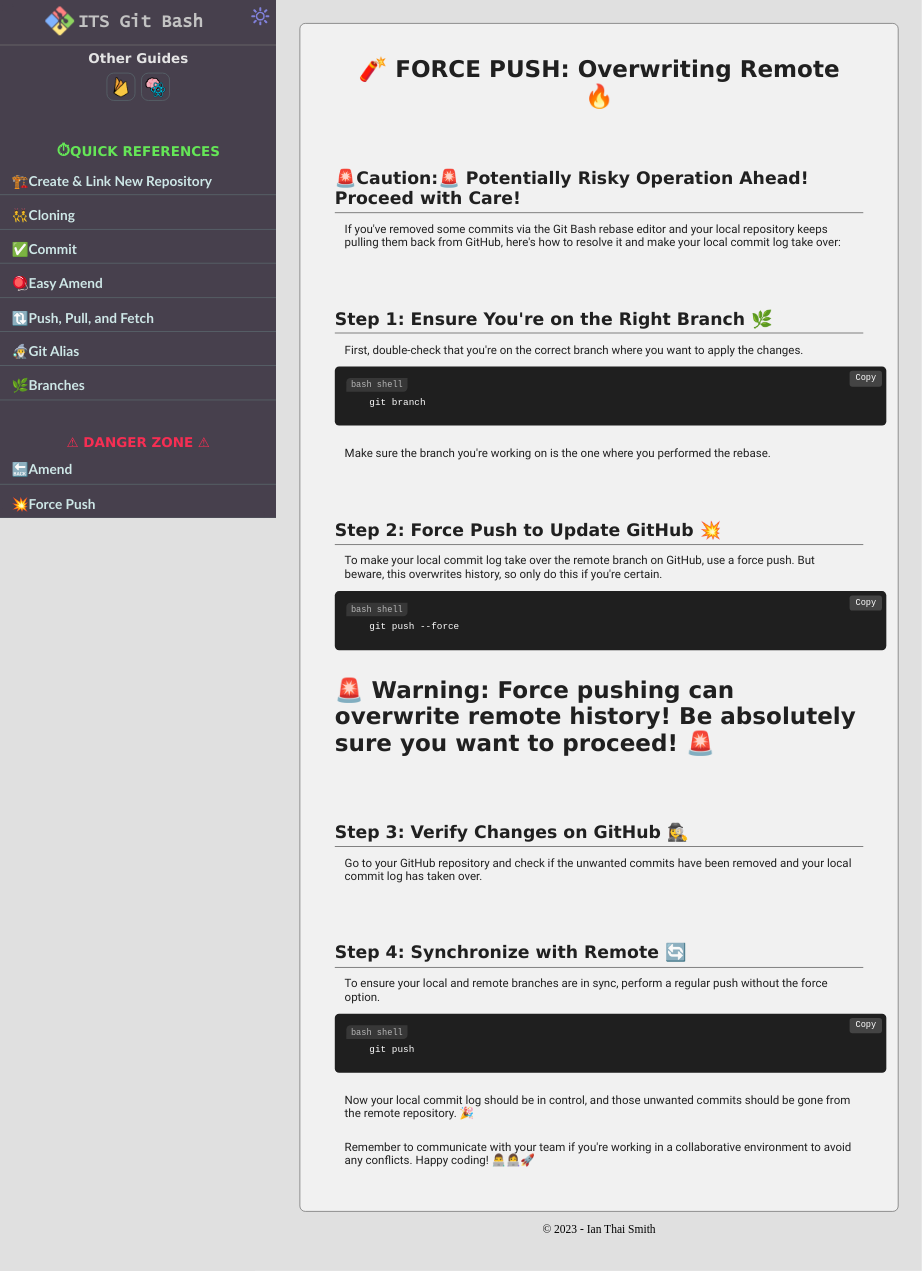
Repository: whyDoILoveThis/project__ITS_Git_Bash
Page: html/💥force-push.html
An editor plug-in stored every save of this project. The page is shown before and after the next save, followed by the edit.
The browser window is 1280 px wide. The pictures show the whole page, at 72% of full size.

Above is the page before, as saved 2025-07-06 07:10:20.

### html/💥force-push.html
<!DOCTYPE html>
<html lang="en">
  <head>
    <meta charset="UTF-8" />
    <meta name="viewport" content="width=device-width, initial-scale=1.0" />
    <link rel="stylesheet" href="/css/normalize.css" />
    <link rel="stylesheet" href="/css/style.css" />
    <title>💥Force Push💥</title>
  </head>
  <body>
    <!--!!!!!-->
    <!--! MAIN-WRAP -->
    <div class="main-wrap">
      <section class="article-wrap">
        <article class="article">
          <h1 class="article__heading">🧨 FORCE PUSH: Overwriting Remote 🔥</h1>

          <h2>
            🚨Caution:🚨 Potentially Risky Operation Ahead! Proceed with Care!
          </h2>

          <p>
            If you've removed some commits via the Git Bash rebase editor and
            your local repository keeps pulling them back from GitHub, here's
            how to resolve it and make your local commit log take over:
          </p>

          <h2>Step 1: Ensure You're on the Right Branch 🌿</h2>

          <p>
            First, double-check that you're on the correct branch where you want
            to apply the changes.
          </p>

          <div class="code"><p>git branch</p></div>

          <p>
            Make sure the branch you're working on is the one where you
            performed the rebase.
          </p>

          <h2>Step 2: Force Push to Update GitHub 💥</h2>

          <p>
            To make your local commit log take over the remote branch on GitHub,
            use a force push. But beware, this overwrites history, so only do
            this if you're certain.
          </p>

          <div class="code"><p>git push --force</p></div>

          <h1>
            🚨 Warning: Force pushing can overwrite remote history! Be
            absolutely sure you want to proceed! 🚨
          </h1>

          <h2>Step 3: Verify Changes on GitHub 🕵️‍♀️</h2>

          <p>
            Go to your GitHub repository and check if the unwanted commits have
            been removed and your local commit log has taken over.
          </p>

          <h2>Step 4: Synchronize with Remote 🔄</h2>

          <p>
            To ensure your local and remote branches are in sync, perform a
            regular push without the force option.
          </p>

          <div class="code"><p>git push</p></div>

          <p>
            Now your local commit log should be in control, and those unwanted
            commits should be gone from the remote repository. 🎉
          </p>

          <p>
            Remember to communicate with your team if you're working in a
            collaborative environment to avoid any conflicts. Happy coding!
            👨‍💻👩‍💻🚀
          </p>
        </article>
      </section>
    </div>
    <!--! MAIN-WRAP -->
    <!--! !!!!!!! -->
    <script src="/JS/dynamic-nav.js"></script>
    <script src="/JS/copy-code-btn.js"></script>
  </body>
</html>

### css/style.css


/*TODO: REFACTOR FOR BETTER ORGANIZATION
        AND REMOVING REDUNDANCIES*/

        :root {
            --size--brightness-toggler: 50px;
        }


.gradient {
    width: 100vw;
    height: 100vh;
    background: rgb(52,30,84);
background: linear-gradient(360deg, rgba(52,30,84,1) 0%, rgba(67,41,166,1) 100%);
}

@font-face {
    font-family: LucidaConsole;
    src: url(/fonts/lucon.ttf);

}

@font-face {
    font-family: Roboto;
    src: url(/fonts/Roboto-Regular.ttf);
}

body {
    font-family: 'Lucida Sans', 'Lucida Sans Regular', 'Lucida Grande', 'Lucida Sans Unicode', Geneva, Verdana, sans-serif;
    transition: background-color 0.3s ease-in;
    background-color: rgb(36, 31, 35);

}

body::-webkit-scrollbar-track
{
	-webkit-box-shadow: inset 0 0 6px rgba(0,0,0,0.3);
	border-radius: 10px;
	background-color: rgb(52, 29, 69);
}

body::-webkit-scrollbar
{
    border-radius: 10px;

	width: 5px;
	background-color: rgb(50, 41, 56);
}

body::-webkit-scrollbar-thumb
{
	border-radius: 10px;
	-webkit-box-shadow: inset 0 0 6px rgba(0,0,0,.3);
	background-color: #8181DB;
}



ul {
    list-style-type: none;
    padding: 0;
    padding-bottom: 4rem;
    margin: 0;
}

ul li {
    padding: 1rem 0 0.5rem 1rem;
    border-bottom: 0.5px solid rgb(90, 105, 110);
}

li a {
    text-decoration: none;
    color: rgb(206, 231, 231);
    font-family: 'Trebuchet MS', 'Lucida Sans Unicode', 'Lucida Grande', 'Lucida Sans', Arial, sans-serif;
    font-weight: 600;
    text-decoration-thickness: 0px;
    font-size: 19px;
}

a {
    color: rgb(45, 143, 248);
    text-decoration: none;
}

a:hover {
    font-weight: 600;
    text-decoration: underline;
}

li a:hover {
    text-decoration: underline;
    text-decoration-thickness: 2px;
    text-decoration-color: rgb(110, 203, 103);
}

em {
    font-style: normal;
}

.main-wrap {
    display: flex;
    height: 100%;
    width: 100%;
}

/** NAV */

.nav {
    z-index: 100;
    background: rgba(50, 41, 56, 0.877);
    backdrop-filter: blur(8px);
    -webkit-backdrop-filter: blur(8px);
    display: flex;
    flex-direction: column;
    width: 30%;
    height: 100%;
    position: fixed;
    overflow: auto;
    transition: all 0.37s ease-out;
}

.nav::-webkit-scrollbar-track
{
	-webkit-box-shadow: inset 0 0 6px rgba(0,0,0,0.3);
	border-radius: 10px;
	background-color: rgb(50, 41, 56);
}

.nav::-webkit-scrollbar
{
    border-radius: 10px;

	width: 3px;
	background-color: rgb(50, 41, 56);
}

.nav::-webkit-scrollbar-thumb
{
	border-radius: 10px;
	-webkit-box-shadow: inset 0 0 6px rgba(0,0,0,.3);
	background-color: #8181DB;
}


.logo-wrap {
    height: auto;
    max-height: 40px;
    display: flex;
    align-items: center;
    justify-content: center;
    gap: 0.3rem;
    padding: 0.7rem;
    border-bottom: 1px solid rgb(115, 115, 115);
    padding-right: var(--size--brightness-toggler);

}

.logo__icon {
    width: 8vw;
    max-width: 40px;
    height: 8vw;
    max-height: 40px;
    display: inline;
}

.logo__tag {
    color: rgb(195, 195, 195);
    font-family:  LucidaConsole, Arial, Helvetica, sans-serif;
    white-space: 1px;
    font-size: 24px;
    font-weight: 600;
    margin: 0;
}

.dark-mode-toggler-wrap {
    position: absolute;
    top: 10px;
    right: 10px;

}

.other-guides-wrap {
    margin: 0.5rem;
    display: flex;
    justify-content: center;
    align-self: center;
    gap: 0.5rem;
}

.other-guides-wrap > a > img {
    width: 28px;
}

.other-guides-heading {
    color: rgb(228, 228, 228);
    margin-top: 0;
}

.guide-link {
    border: 1px solid rgb(90, 105, 110);
    border-radius: 10px;
    display: flex;
    justify-content: center;
    padding: 0.3rem;
    transition: background-color 0.4s;
}

.guide-link:hover {
    background-color: rgba(255, 255, 255, 0.117);
}

.quick-ref-heading {
    color: rgb(101, 230, 87);
    text-transform: uppercase;
}

.quick-ref-heading::before {
    content: '⏱';
    font-size: 24px;
}

.article-wrap {
    margin-left: 30%;
    width: calc(70% - 2rem * 2);
    padding: 2rem;
}

.article {
    border: 1px solid rgb(109, 109, 109);
    border-radius:8px;
    display: flex;
    flex-direction: column;
    padding: 3rem;
    padding-top: 2rem;

    background-color: rgb(49, 49, 49);
    color: rgba(255, 255, 255, 0.90);
    transition: background-color 0.4s ease-in, color 0.5s ease-in;

}

.article__heading,
.article h2.h2--large {
    text-align: center;
    font-size: 32px;
    margin: 0.8rem;
    border: 0;
}

.article h2 {
    margin: 4.4rem 0 0rem 0;
    border-bottom: 1px solid #555;
    padding-bottom: 0.3rem;
}


.article > p {
    font-family: Roboto, Arial, Helvetica, sans-serif;
    margin: 0.85rem;
}

.emoji {
    display: inline;
    width: 20px;
}

.emoji--rocket {
    content: url(/img/emoji-rocket.PNG);
}

.code {
    font-family: LucidaConsole, Arial, Helvetica, sans-serif;
    white-space: nowrap;
    background-color: black;
    color: white;
    font-style: normal;
    width: 100%;
    display: flex;
    flex-direction: column;
    border-radius: 6px;
    overflow: auto;
}

.code p::selection,
.code em::selection {
    background: rgba(214, 172, 238, 0.273);
    color: inherit;
}

.code::-webkit-scrollbar {
    width: 12px;
    background-color: #F5F5F5;
    height: 7px;
}
.code::-webkit-scrollbar-thumb {
    border-radius: 1px;
    -webkit-box-shadow: inset 0 0 6px rgba(0,0,0,.3);
    background-color: #555;
}
.code::-webkit-scrollbar-track {
    -webkit-box-shadow: inset 0 0 6px rgba(0,0,0,0.3);
    border-radius: 1px;
    background-color: #F5F5F5;
}


.code::before {
    content: 'bash shell';
    background-color: rgb(55, 55, 55);


    align-self: flex-start;

    color: rgb(184, 184, 184);
    padding: 0.25rem 0.4rem 0.1rem 0.4rem;
    border-radius: 6px 0px 6px 0;
    font-size: 12px;
}

.code--html::before {
    content: 'HTML';
    color: rgb(255, 72, 0);
    letter-spacing: 1px;
}

.code--js::before {
   content: 'javascript';
   color: yellow;
}

.code--json::before {
    content: 'json';
    color: rgb(93, 184, 93);
}

.code--file-struct::before {
    content: '📁';
    font-size: 20px;
}

.code p {
    margin: 0.5rem 0 0.5rem 2rem;
    display: inline-block;
    flex: 0 0 100%;
}

.comnt {
    color: rgb(123, 123, 123);
}

.orng {
    color: orange;
}

.grn {
    color: rgb(60, 162, 60);
}

.blu {
    color: rgb(74, 189, 255);
}

.red {
    color: rgb(246, 46, 83);
}

/** BUTTONS */

.btn-group {
    display: flex;
    gap: 0.5rem;
}

.btn {
    position: relative;
    z-index: 99;
    width: 100%;
    font-family: Roboto, Arial, Helvetica, sans-serif;
    font-size: 24px;
    text-shadow: 0 0 2px rgba(0, 0, 0, 0.577);
    padding: 10px 20px;
    background-color: #27396a;

    color: #6cbbfb;
    cursor: pointer;
    border-radius: 10px;
    border: 1.5px solid rgb(0, 0, 0);
    margin-top: 1rem;
}

.btn--important {
    color: rgb(252, 107, 107);
    background-color: rgb(83, 32, 32);
}

.btn--more-info-box {

    font-family: Roboto, Arial, Helvetica, sans-serif;
    background-color: #eeeeee;
    background-color: #363232;

    color: #202020;
    color: rgba(255, 255, 255, 0.90);
    position: relative;
    top: -1rem;
    padding: 1rem;
    border-radius: 8px;
    text-align: center;
    border: 1.5px solid rgb(0, 115, 225);
    animation: 0.5s ease-in-out;
    transform-origin: top center;
    transition: background-color 0.4s ease-in, color 0.5s ease-in;
}

.btn--more-info-box.hidden {
    display: none;

}

@keyframes bounceDown {
    0% {
        transform: scaleY(0);
        opacity: 0;
    }
    70% {
        transform: scaleY(1.04);
        opacity: 1;
    }
    100% {
        transform: scaleY(1);
        opacity: 1;
    }
}

@keyframes bounceUp {
    0% {
        transform: scaleY(1);
        opacity: 1;
    }

    20% {
        transform: scaleY(1.04);
        opacity: 0.8;
    }

    100% {
        transform: scaleY(0);
        opacity: 0.2;
    }
}

.btn--more-info-box p {
    text-align: left;
}

.btn--more-info-box h2 {
    margin-top: 2.5rem;
}

.btn--more-info-box h3 {
    margin-top: 1.5rem;
    margin-bottom: 0;
}

@media screen and (min-width: 768px) {
    .nav-toggler {
        position: fixed;
        display: none;
        visibility: hidden;
    }
}

@media screen and (max-width: 778px) {
    ul li {
        padding: 0.8rem 0.3rem 0.5rem 0.8rem;
    }

    li a {
        font-size: 17px;
    }

    .nav {
        margin: 0;
        width: 100%;
        height: 60px;
        overflow: hidden;
        border-top-right-radius: 0;
        border-bottom-left-radius: 10px;
        border-bottom-right-radius: 10px;
        box-shadow: 1px 1px 1px 3px rgba(0, 0, 0, 0.179);
    }

    .nav-expanded {
        width: 85%;
        height: 100%;
        overflow-y: auto;
        box-shadow: 1px 1px 0px 700px rgba(0, 0, 0, 0.5);
        border-bottom-left-radius: 0;
    }

    .nav-expanded .nav-toggler {
        position: absolute;
        transform: translateY(60px);
    }

    .logo-wrap {
        place-self: center;
        padding-right: var(--size--brightness-toggler);
        padding-left: var(--size--brightness-toggler);
    }
    .logo__icon {
        height: 40px;
        width: 40px;
    }
    .dark-mode-toggler-wrap {
        position: absolute;
        top: 15px;
        right: 10px;

    }
    .nav-toggler {
       width: 40px;
       position: absolute;
       left: 10px;

       transition: all 0.2s;
    }

    .logo__tag {
        font-size: 22px;
        white-space: nowrap;
    }

    .article-wrap {
        margin: 0;
        width: calc(100% - 0.5rem * 2);
         padding: 0.5rem;
         margin-top: 70px;
     }
     .article {
        padding: 0.5rem;
    }
}

.copyright::before {
    content: '© 2023 - Ian Thai Smith ';
    font-family: 'Times New Roman', Times, serif ;
    display: flex;
    justify-content: center;

}






/*& CODE COPY BUTTON */
/*& CODE COPY BUTTON */
/*& CODE COPY BUTTON */


.code {
  position: relative;
  background: #1f1f1f;
  color: #fff;
  padding: 1rem;
  border-radius: 6px;
  font-family: monospace;
  margin-bottom: 1rem;
}

.copy-btn {
  position: absolute;
  top: 6px;
  right: 6px;
  background: #444;
  color: #fff;
  border: none;
  padding: 4px 8px;
  font-size: 0.75rem;
  cursor: pointer;
  border-radius: 4px;
  transition: background 0.2s ease;
}

.copy-btn:hover {
  background: #666;
}

### JS/dynamic-nav.js
const head = document.getElementsByTagName('head')[0];
const tabIcon = document.createElement("link");
tabIcon.href = "/img/git-bash-icon.png";
tabIcon.rel = "icon";
head.appendChild(tabIcon);

const articleWrap = document.querySelector(".article-wrap");

const copyright = document.createElement("p");
copyright.classList.add("copyright");

articleWrap.appendChild(copyright);

// Select the target element
const container = document.querySelector(".main-wrap");

// Create the main navigation element
const navigation = document.createElement("nav");
navigation.classList.add("nav");

function expandNav(){
    navigation.classList.toggle("nav-expanded")
}

const navToggler = document.createElement("img");
navToggler.src = "/img/icon-nav-toggler.png";
navToggler.classList.add("nav-toggler");
navToggler.addEventListener("click", expandNav);



// Create the logo-wrap div
const logoWrap = document.createElement("div");
logoWrap.classList.add("logo-wrap");

// Create the logo icon
const logoIcon = document.createElement("img");
const homeLink = document.createElement("a");
homeLink.href = "/index.html";
logoIcon.src = "/img/git-bash-icon.png";
logoIcon.alt = "";
logoIcon.classList.add("logo__icon");
homeLink.appendChild(logoIcon);


// Create the logo tag
const logoTag = document.createElement("p");
logoTag.classList.add("logo__tag");
logoTag.innerText = "ITS Git Bash";


const darkModeTogglerWrap = document.createElement("div");
darkModeTogglerWrap.classList.add("dark-mode-toggler-wrap");
const darkModeToggler = document.createElement("img");
darkModeTogglerWrap.appendChild(darkModeToggler);
darkModeToggler.src = "/img/icon-brightness-dim.png";
darkModeToggler.style.width = "25px";
darkModeToggler.classList.add(".dark-mode-toggler");

const article = document.querySelector('.article')


darkModeToggler.addEventListener("click", toggleBrightness);

const otherGuidesWrap = document.createElement("div");
otherGuidesWrap.classList.add("other-guides-wrap");

const otherGuides = document.createElement("h3");
otherGuides.innerText = "Other Guides";
otherGuides.classList.add('other-guides-heading');
otherGuides.style.textAlign = "center";
otherGuides.style.marginBottom = "0";
otherGuides.style.marginTop = "0.5rem";

const linkBash = document.createElement('a');
const imgBash = document.createElement("img");
linkBash.classList.add('guide-link');
imgBash.src = "/img/firebase-icon.png";
linkBash.href = "https://its-firebase.vercel.app";
linkBash.appendChild(imgBash);
otherGuidesWrap.appendChild(linkBash);
// another
const linkReact18 = document.createElement('a');
const imgReact18 = document.createElement("img");
linkReact18.classList.add('guide-link');
imgReact18.src = "/img/learn-react18-icon.png";
linkReact18.href = "https://learn-react18.vercel.app";
linkReact18.appendChild(imgReact18);
otherGuidesWrap.appendChild(linkReact18);




const infoBoxes = document.querySelectorAll('.btn--more-info-box');


// Check if 'bright' is stored in localStorage
const storedBright = localStorage.getItem('bright');

// Initialize 'bright' with the stored value (or default to false if not found)
let bright = storedBright === 'false';


function toggleBrightness() {
    bright = !bright;

    // Store the updated 'bright' value in localStorage
    localStorage.setItem('bright', bright);

 // Update UI and apply styles based on 'bright' state

    if(bright){
    fadeOutAndChange(darkModeToggler, "/img/icon-brightness-bright.png");
    document.body.style.backgroundColor = 'rgb(224, 224, 224)';
    article.style.backgroundColor = 'rgb(241, 241, 241)';
    article.style.color = '#202020';
    copyright.style.color = 'black';
    infoBoxes.forEach(infoBox => {
        infoBox.style.backgroundColor = '#eeeeee';
        infoBox.style.color = '#202020';
    });
    } else {
        fadeOutAndChange(darkModeToggler, "/img/icon-brightness-dim.png");
        document.body.style.backgroundColor = 'rgb(36, 31, 35)';
        article.style.backgroundColor = 'rgb(49, 49, 49)';
        article.style.color = 'rgba(255, 255, 255, 0.90)';
        copyright.style.color = 'white';
        infoBoxes.forEach(infoBox => {
            infoBox.style.backgroundColor = '#363232';
            infoBox.style.color = 'rgba(255, 255, 255, 0.90)';
        });
    }
}

function fadeOutAndChange(element, newImageSrc) {
    element.style.opacity = 0;
    setTimeout(() => {

        element.src = newImageSrc;
        element.style.opacity = 1;
    }, 200); // Adjust the time to match your CSS transition duration
}

// Call toggleBrightness to initialize UI based on stored value
toggleBrightness();


// Append the logo icon and tag to the logo-wrap div
logoWrap.appendChild(navToggler);
logoWrap.appendChild(homeLink);
logoWrap.appendChild(logoTag);



// Create the links list
const linkList = document.createElement("ul");
linkList.classList.add("link__list");


const quickRefs = document.createElement("h3");
quickRefs.innerText = "Quick References";
quickRefs.classList.add('quick-ref-heading');
quickRefs.style.textAlign = "center";
quickRefs.style.marginBottom = "0";
quickRefs.style.marginTop = "3rem";
linkList.appendChild(quickRefs);
/****************LINKS****************** */
/****************LINKS****************** */
// Create a list item for the link
const linkItem1 = document.createElement("li");
linkItem1.classList.add("link");
// Create the link itself
const linkCreateNewRepo = document.createElement("a");
linkCreateNewRepo.href = "/html/create-and-link-new-repo.html";
linkCreateNewRepo.innerText = "🏗️Create & Link New Repository";
// Append the link to the list item
linkItem1.appendChild(linkCreateNewRepo);
// Append the list item to the links list
linkList.appendChild(linkItem1);

// Create a list item for the link
const linkItem2 = document.createElement("li");
linkItem2.classList.add("link");
const linkCloning = document.createElement("a");
linkCloning.href = "/html/cloning.html";
linkCloning.innerText = "👯‍♀️Cloning";
// Append the link to the list item
linkItem2.appendChild(linkCloning);
// Append the list item to the links list
linkList.appendChild(linkItem2);

const linkItem3 = document.createElement("li");
linkItem3.classList.add("link");
const linkCommit = document.createElement("a");
linkCommit.href = "/html/commit.html";
linkCommit.innerText = "✅Commit";
linkItem3.appendChild(linkCommit);
linkList.appendChild(linkItem3);

const linkItem3v1 = document.createElement("li");
linkItem3v1.classList.add("link");
const linkEasyAmend = document.createElement("a");
linkEasyAmend.href = "/html/easy-amend.html";
linkEasyAmend.innerText = "🪀Easy Amend";
linkItem3v1.appendChild(linkEasyAmend);
linkList.appendChild(linkItem3v1);

const linkItem4 = document.createElement("li");
linkItem4.classList.add("link");
const linkPushPullAndFetch = document.createElement("a");
linkPushPullAndFetch.href = "/html/push-pull-and-fetch.html";
linkPushPullAndFetch.innerText = "🔃Push, Pull, and Fetch";
linkItem4.appendChild(linkPushPullAndFetch);
linkList.appendChild(linkItem4);

const linkItem7 = document.createElement("li");
linkItem7.classList.add("link");
const linkGitAlias = document.createElement("a");
linkGitAlias.href = "/html/git-alias.html";
linkGitAlias.innerText = "🧙‍♂️Git Alias";
linkItem7.appendChild(linkGitAlias);
linkList.appendChild(linkItem7);

const linkItem8 = document.createElement("li");
linkItem8.classList.add("link");
const linkBranches = document.createElement("a");
linkBranches.href = "/html/branches.html";
linkBranches.innerText = "🌿Branches";
linkItem8.appendChild(linkBranches);
linkList.appendChild(linkItem8);

const dangerZone = document.createElement("h3");
dangerZone.innerText = "⚠ DANGER ZONE ⚠";
dangerZone.style.textAlign = "center";
dangerZone.classList.add("red");
dangerZone.style.marginBottom = "0";
dangerZone.style.marginTop = "3rem";
linkList.appendChild(dangerZone);

const linkItem5 = document.createElement("li");
linkItem5.classList.add("link");
const linkAmend = document.createElement("a");
linkAmend.href = "/html/amend.html";
linkAmend.innerText = "🔙Amend";
linkItem5.appendChild(linkAmend);
linkList.appendChild(linkItem5);

const linkItem6 = document.createElement("li");
linkItem6.classList.add("link");
const linkForcePush = document.createElement("a");
linkForcePush.href = "/html/💥force-push.html";
linkForcePush.innerText = "💥Force Push";
linkItem6.appendChild(linkForcePush);
linkList.appendChild(linkItem6);





/****************LINKS****************** */
/****************LINKS****************** */


// Append the logo-wrap div and links list to the navigation
navigation.appendChild(logoWrap);
navigation.appendChild(darkModeTogglerWrap);
navigation.appendChild(otherGuides);
navigation.appendChild(otherGuidesWrap);
navigation.appendChild(linkList);

// Append the navigation to the container
container.appendChild(navigation);

### JS/copy-code-btn.js
 document.querySelectorAll(".code").forEach((codeBlock) => {
        // Create copy button
        const btn = document.createElement("button");
        btn.className = "copy-btn";
        btn.textContent = "Copy";

        // Insert button into the code block
        codeBlock.style.position = "relative";
        codeBlock.appendChild(btn);

        // Copy logic
        btn.addEventListener("click", () => {
          const text = codeBlock.querySelector("p").innerText;
          navigator.clipboard.writeText(text).then(() => {
            btn.textContent = "✅ Copied!";
            setTimeout(() => (btn.textContent = "Copy"), 2000);
          });
        });
      });

Loaded but not shown: css/normalize.css (library)

After the next save:
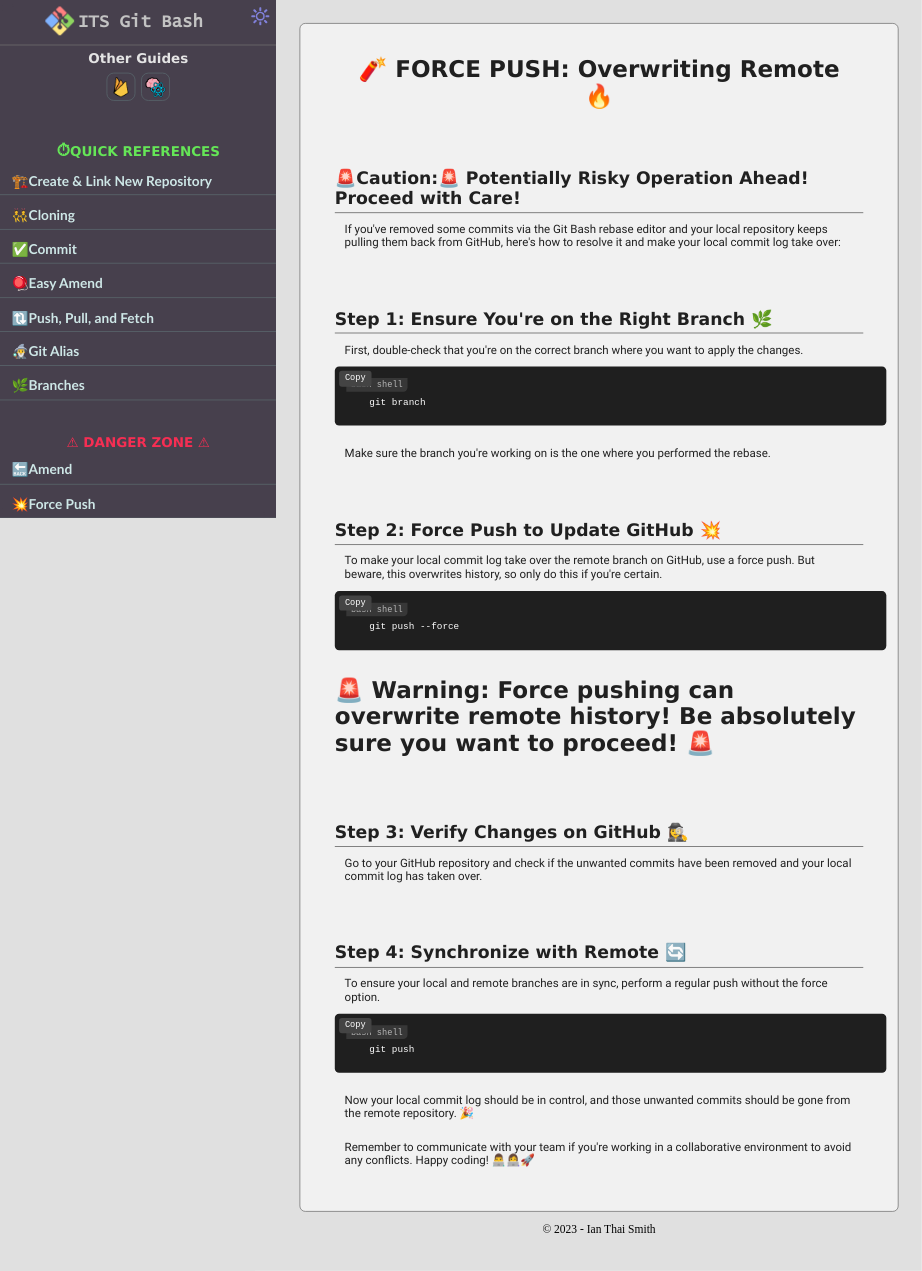
Saved 31 s later.
--- a/css/style.css
+++ b/css/style.css
@@ -574,7 +574,7 @@ em {
 .copy-btn {
   position: absolute;
   top: 6px;
-  right: 6px;
+  left: 6px;
   background: #444;
   color: #fff;
   border: none;
